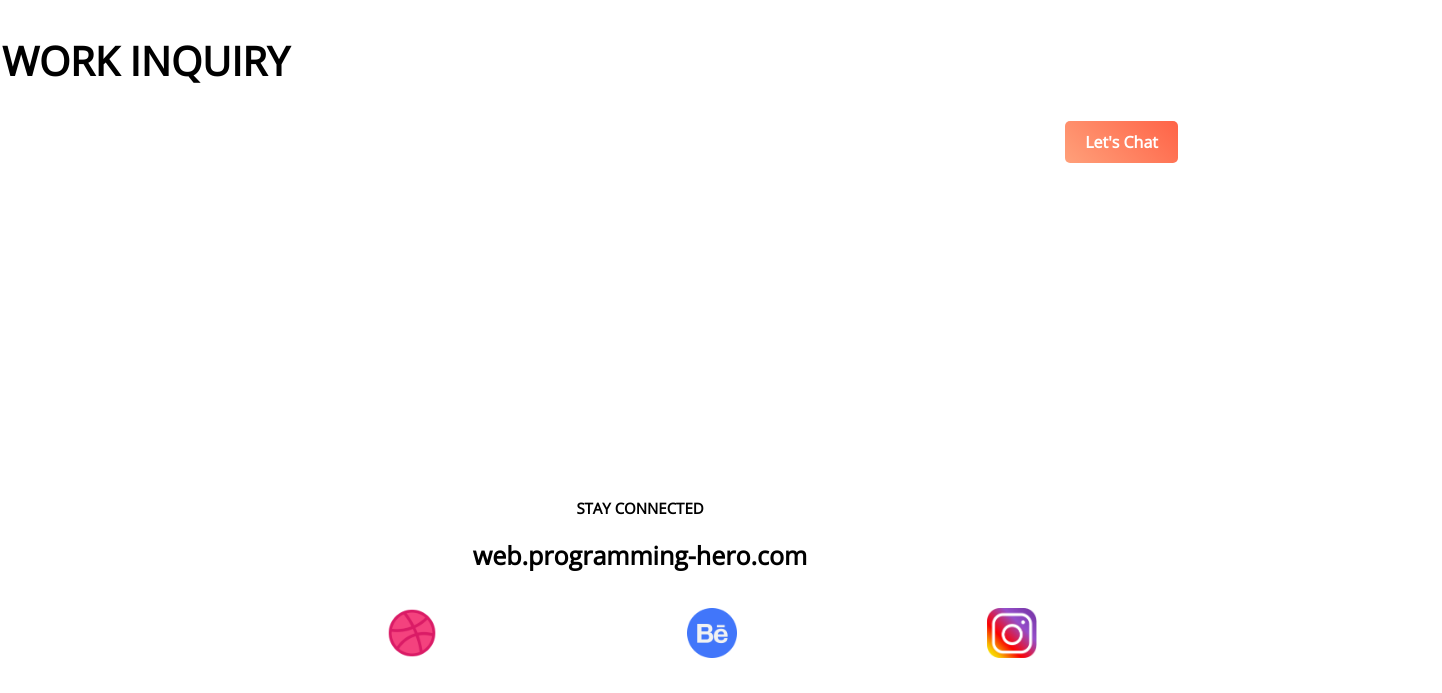
Repository: sabbircse3/personal-website
Page: index.html
An editor plug-in stored every save of this project. The page is shown before and after the next save, followed by the edit.
The browser window is 1280 px wide. The page is 1442 px wide, so the pictures cover 1442 px, including what lies to the right of the window. The pictures show the part of the page from y = 2386 to 3079 px (the page is 3079 px tall).

Above is the page before, as saved 2021-01-06 03:48:09.

### index.html
<!DOCTYPE html>
<html lang="en">
<head>
    <title>personal-website</title>
    <link rel="preconnect" href="https://fonts.gstatic.com">
    <link href="https://fonts.googleapis.com/css2?family=Open+Sans&display=swap" rel="stylesheet">
    <link rel="stylesheet" href="style.css">
</head>
<body>

        <div class="menu-1">
            <ul id="menu">
                <li><a href="#">Contact</a></li>
                <li><a href="#">Protfolio</a></li>
                <li><a href="#">Work</a></li>
                <li><a href="#">About</a></li>
            </ul>
        </div>


    <section class="top-banner ">
        <div class="half-width">
            <h1>HELLO, I'M <br> <span class="name-highlight">SABBIR HASAN</span></h1>
            <p>A full stack allaround designer that placerat in massa consectetur</p>
            <a class="link-button" target="_blank" href="https://www.linkedin.com/company/programminghero/">HIRE ME</a>
        </div>

        <div class="half-width">
            <img src="images/sabbir1.png" alt="">
        </div>
    </section>

    <section class="about ">
        <div class="half-width">
            <img src="images/sabbir1.png" alt="">
        </div>

        <div class="half-width">
            <h2> ABOUT</h2>
            <p>Lorem Ipsum is simply dummy text of the printing and typesetting industry. Lorem Ipsum has been the industry's standard dummy text ever since the 1500s, when an unknown printer took a galley of type and scrambled it to make a type specimen book.</p>
            <a class="link-button" target="_blank" href="https://www.linkedin.com/company/programminghero/">Download CV</a>
        </div>

    </section>

    <section class="experience-area">
        <h2 id="head-center"><span class="name-highlight">LASTET</span> WORKING PROJECT</h2>
        <div id="first-project" class="half-width single-experience">
            <img  src="images/image 4.png" alt="" class="center">
            <h3>Power-x-gym (gym website)</h3>
            <p>Lorem Ipsum is simply dummy text of the printing and typesetting industry.</p>

        </div>

        <div id="next-project" class="half-width single-experience">
            <img src="images/image 5.png" alt="" class="center">
            <h3>Creative Agency</h3>
            <p>Lorem Ipsum is simply dummy text of the printing and typesetting industry.</p>

        </div>

        <div id="next-project" class="half-width single-experience">
            <img src="images/image 8.png" alt="" class="center">
            <h3>Hard Rock Music</h3>
            <p>Lorem Ipsum is simply dummy text of the printing and typesetting industry.</p>

        </div>

    </section>



    <section class="education">
        <h1> <span class="name-highlight">EDU</span>CATION</h1>
        <div id="bachelor" class="half-width single-experience">
            <h3>Bachelor of Science in Computer Science</h3>
            <h3 class="blue-highlight">Khwaja Yunus Ali University</h3>
            <h3 class="orange-highlight">2016-2020</h3>
            <p>It is a reputaed private university in this country Bangladesh.</p>
        </div>

        <div id="others" class="half-width single-experience">
            <h3>Higher School Certificate</h3>
            <h3 class="blue-highlight">Bhagopara Shahid Dhanesh Uddin School and Collage</h3>
            <h4 class="orange-highlight">2014-2016</h4>
            <p>It is one of the best collage in our north said of country</p>
        </div>

		<div id="others" class="half-width single-experience">
            <h3>Secoundary School Certificate</h3>
            <h3 class="blue-highlight">Rajapur High School</h3>
            <h4 class="orange-highlight">2009-2014</h4>
            <p>This school is one of the best school in my native area where i was bron.</p>
        </div>

    </section>


    <section>
        <div class="lowest-banner">
            <h2>WORK INQUIRY </h2>
        </div>

        <div>
            <a class="chat-button" target="_blank" href="https://www.linkedin.com/company/programminghero/">Let's Chat</a>
        </div>

    </section>


    <footer>
        <h3>STAY CONNECTED</h3>
        <h2>web.programming-hero.com</h2>
        <div class="chat">
            <div class="chat chat-experience">
                <img  src="images/image 6.png" alt="" class="center">
            </div>

            <div  class="chat chat-experience">
                <img src="images/Group 33059.png" alt="" class="center">
            </div>

            <div  class="chat chat-experience">
                <img src="images/image 7.png" alt="" class="center">
            </div>
        </div>

    </footer>




</body>
</html>

### style.css
body{
    font-family: 'Open Sans', sans-serif;
    margin: 2px;
    font-style: normal;
}
.menu-1{
	height: 90px;
}
#menu{
	list-style-type:none;
	width:900px;
	margin:10px auto;
}
#menu li{
	float:right;
}
#menu li a{
	color:black;
	text-decoration:none;
	padding:5px 10px;
}

h1{
    font-size: 50px;
}
h2{
    font-size: 40px;
}

.name-highlight{
    color: #FF8367;
}
.top-banner{

}
.half-width{
    width: 35%;
    float: left;
    margin-left: 5%;
    padding-left: 2%;
}
.half-width img{
    width: 100%;
}
section{
    height: 450px;
}
.link-button{
    text-decoration: none;
    background-image: linear-gradient(45deg, lightSalmon, tomato);
    padding: 10px 20px;
    border-radius: 5px;
    color: white;
    font-weight: 700;
}
#head-center{
    text-align: center;
    margin: 80px;
    padding: 50px;
}
.experience-area{
    background-color: #E5E5E5;
    background-position: left;
    width: 1440px;
    height: 814px;
}
.center {
    display: block;
    margin-left:-15px;
    margin-top: 15px;
    width: 50%;
  }
.orange-highlight{
    color: orange;
}
.single-experience{
    box-shadow: 0px 4px 4px rgba(0, 0, 0, 0.25);
    border-radius: 10px;
	height: 45%;
	width: 23%;
}
#first-project{
    background-color: white;
}
#next-project{
	background-color: white;
}

.education{
    background-image: url("images/exp-bg.png");
    background-repeat: no-repeat;
    background-position: left;
}
#bachelor{
    border-left: 7px solid;
    border-image: linear-gradient(180deg, lightSalmon, tomato);
    border-image-slice: 1;
    background-color: white;
    height: 55%;
	width: 25%;
}
#others{
    border-left: 7px solid;
    border-image: linear-gradient(180deg, blue, cyan);
    border-image-slice: 1;
    height: 55%;
	width: 25%;
}
.blue-highlight{
    color:rgba(0, 0, 139, 0.705);
}
.lowest-banner{


}
.chat-button{
    text-decoration: none;
    background-image: linear-gradient(45deg, lightSalmon, tomato);
    padding: 10px 20px;
    margin-right: 100px;
    border-radius: 5px;
    color: white;
    font-weight: 700;
    float: right;
}

footer h2{
    text-align: center;
    font-size: 25px;
}
footer h3{
    text-align: center;
    font-size: 15px;
}
.chat{
    margin-left: 200px;
}
.chat-experience{
	height: 100px;
    width: 100px;
    display: block;
    float:left;
}

After the next save:
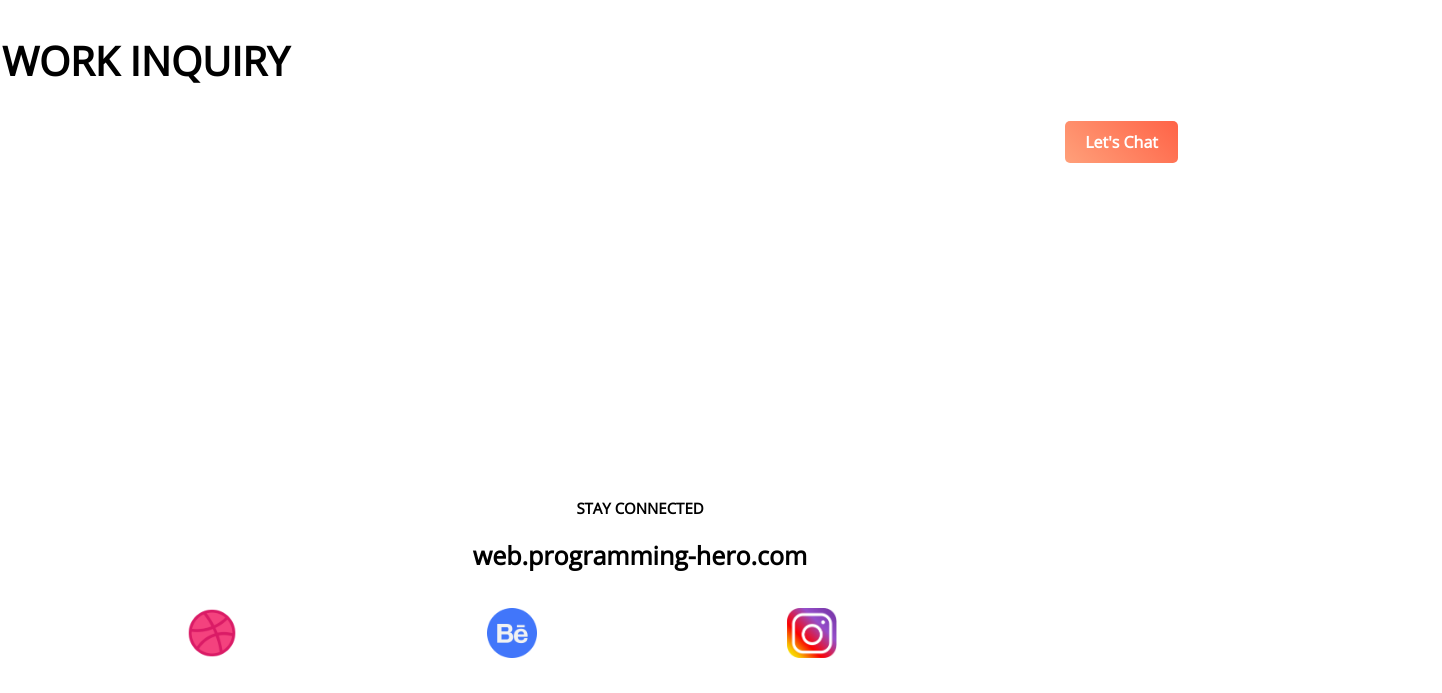
Saved 20 s later.
--- a/index.html
+++ b/index.html
@@ -112,7 +112,7 @@
         <h3>STAY CONNECTED</h3>
         <h2>web.programming-hero.com</h2>
         <div class="chat">
-            <div class="chat chat-experience">
+            <div class=" chat-experience">
                 <img  src="images/image 6.png" alt="" class="center">
             </div>
 
